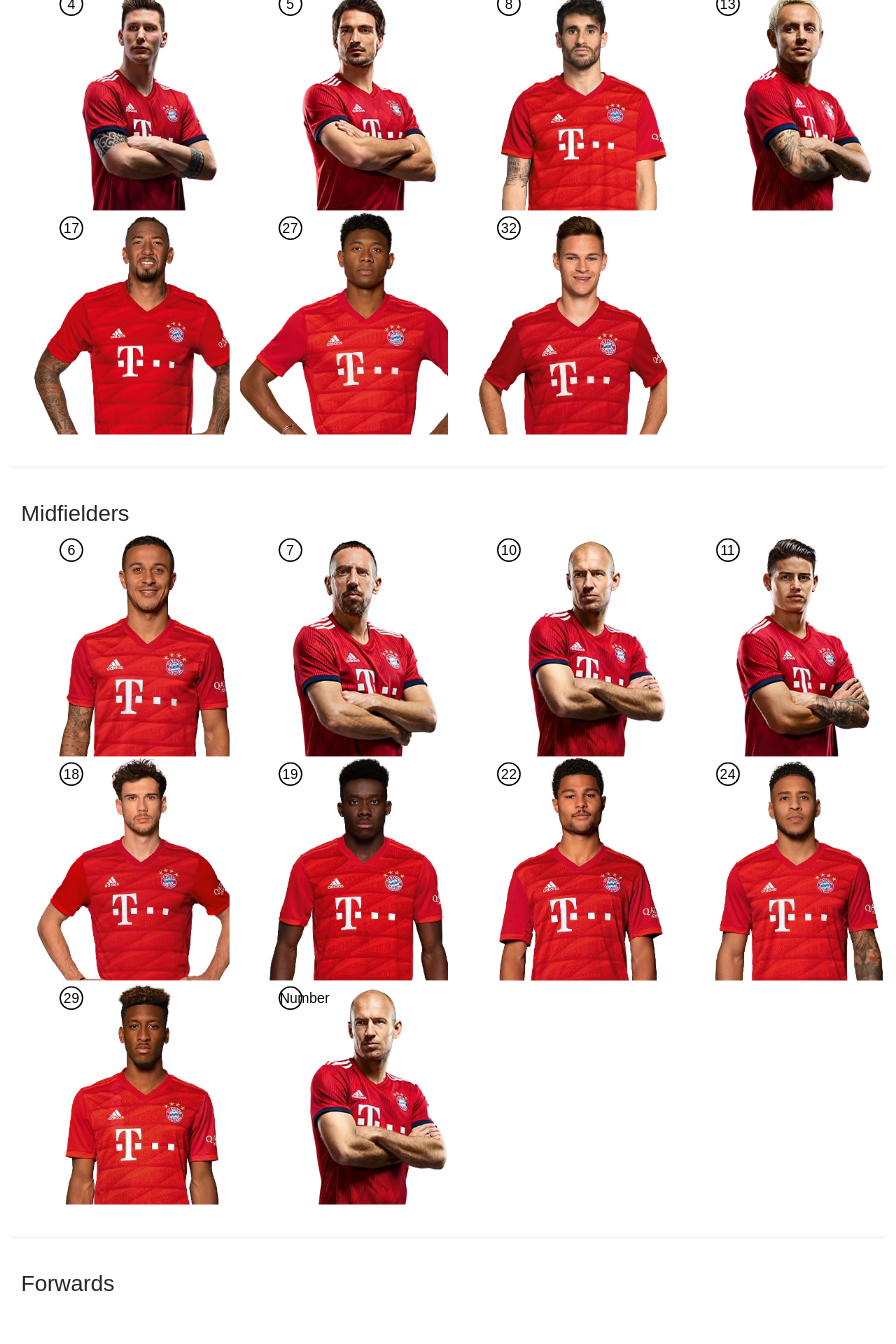
Repository: Code-Institute-Submissions/alnibo-milestone-project-1
Page: team.html
The author's editor kept a record of every edit. The page is drawn from the files as they stood at one moment, then again after the next edit.
The browser window is 1280 px wide. The pictures show the part of the page from y = 1357 to 3277 px (the page is 3277 px tall), at 70% of full size.
Some web fonts or font styles are not loaded; a fallback is used.

Above is the page before.

After the next edit:
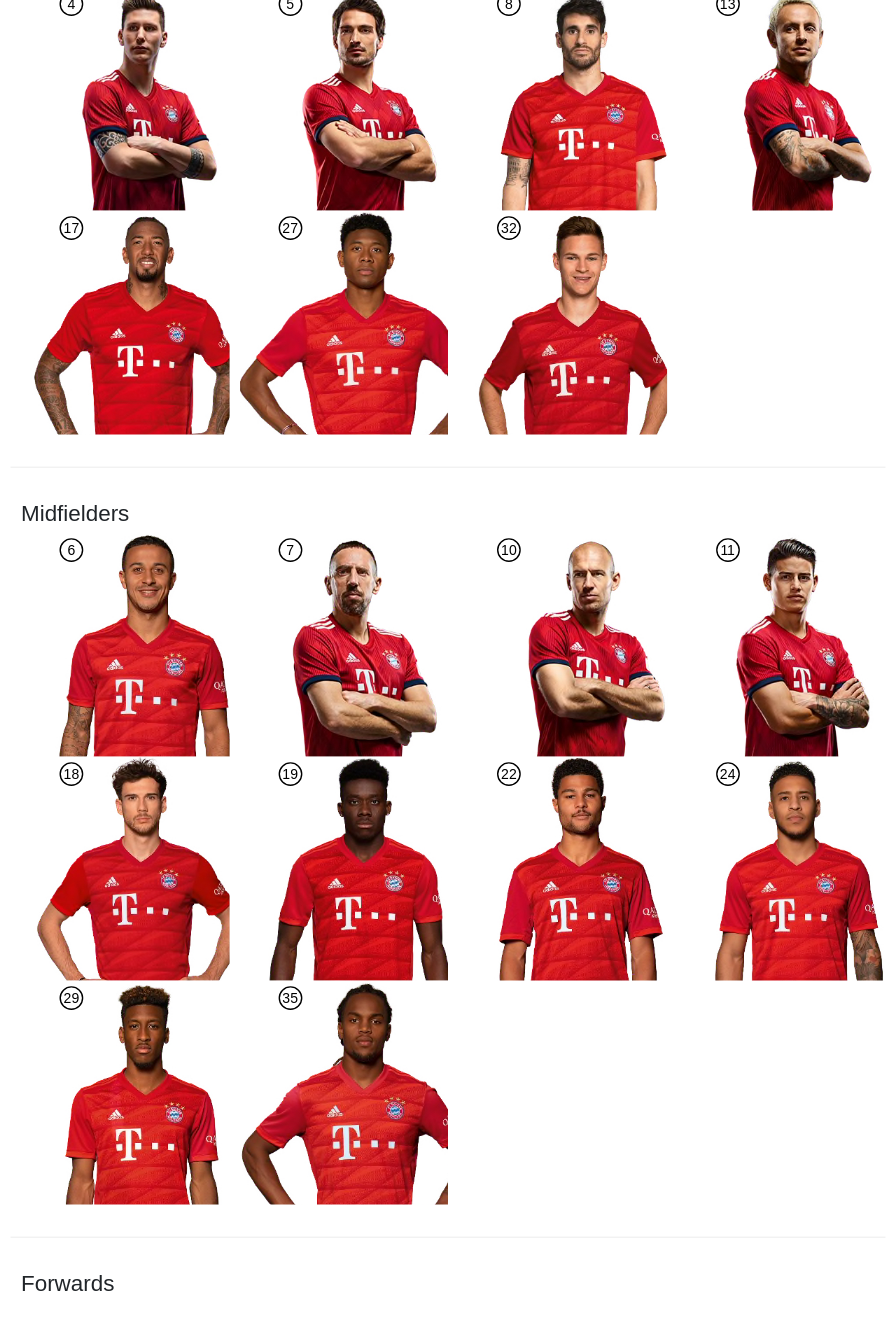
The edit:
--- a/team.html
+++ b/team.html
@@ -222,10 +222,10 @@
             </div>
 
             <div class="col-12 col-sm-6 col-md-4 col-lg-3 player-pic">
-                <img src="assets/images/10arjenrobben.jpg">
-                <div class="text-centered1">Name</div>
-                <div class="text-centered2">Date</div>
-                <div class="shirt-number">Number</div>
+                <img src="assets/images/35renatosanches.jpg">
+                <div class="text-centered1">Renato Sanches</div>
+                <div class="text-centered2">18.08.1997</div>
+                <div class="shirt-number">35</div>
             </div>
 
         </div>
